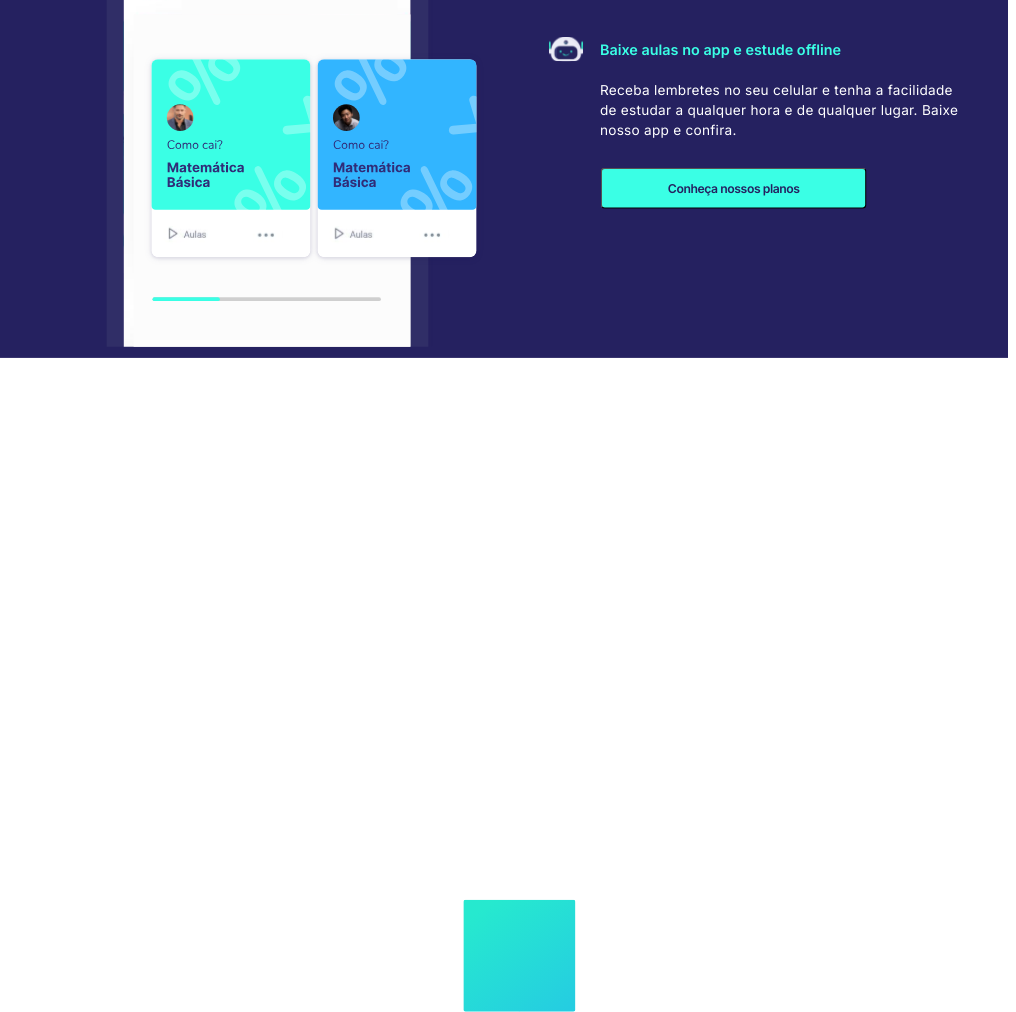
Repository: Williamlmachado/Desafio-Landing-page
Page: index.html
These files come from the project's save history. The page is drawn as it stood at one moment and after the next save; the edit follows.
The browser window is 1280 px wide. The page is 1452 px wide, so the pictures cover 1452 px, including what lies to the right of the window. The pictures show the part of the page from y = 4695 to 6375 px (the page is 6141 px tall before and 6375 px after), at 70% of full size.
Some icons come from a web library that is not loaded, so they are not drawn.

Above is the page before, as saved 2021-11-10 19:42:42.

After the next save:
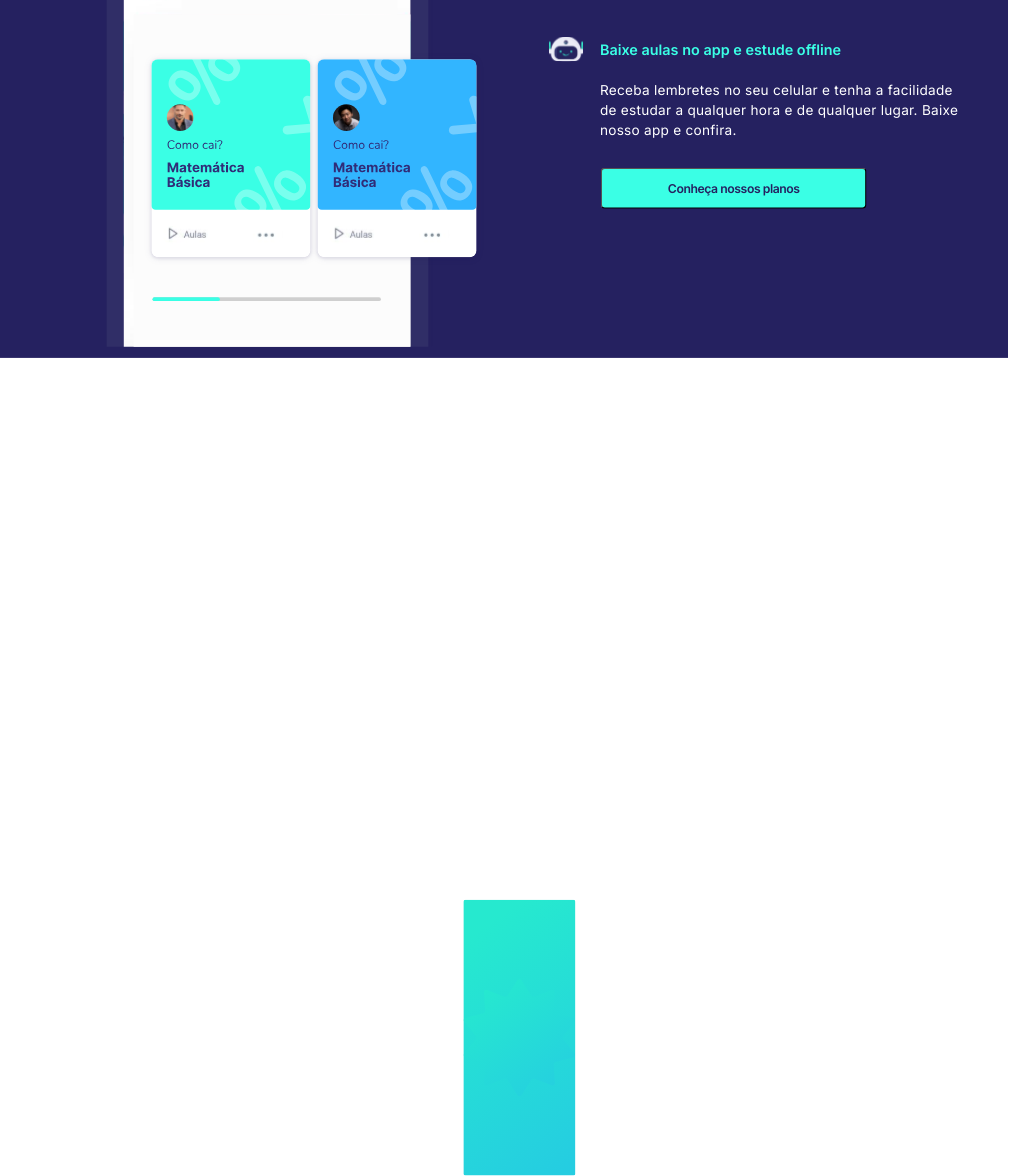
Saved 8 s later.
--- a/style.css
+++ b/style.css
@@ -592,7 +592,7 @@
 .estrela{
     position: absolute;
     width: 160px;
-    height: 160px;
+    height: 394px;
     left: 528px;
     top: 3088px;
 
